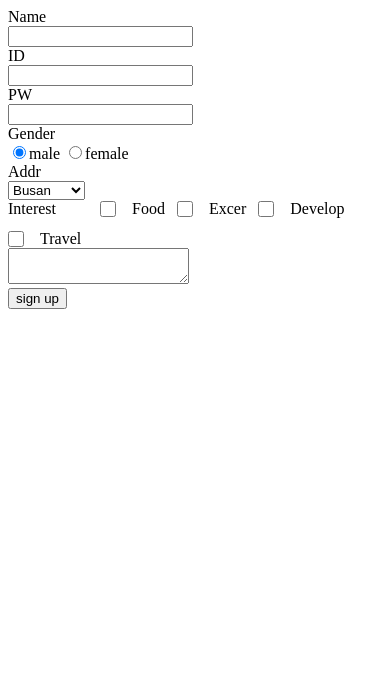
Repository: 9re9ori0426/Bootcamp
Page: webws/03_InputOutput/src/main/webapp/reg.html
The author's editor kept a copy of each file at every save. The page is drawn from the files as they stood at one save, then again after the next save.
The browser window is 375 px wide. The pictures show the whole page.

Above is the page before, as saved 2026-10-20 07:41:17.

After the next save:
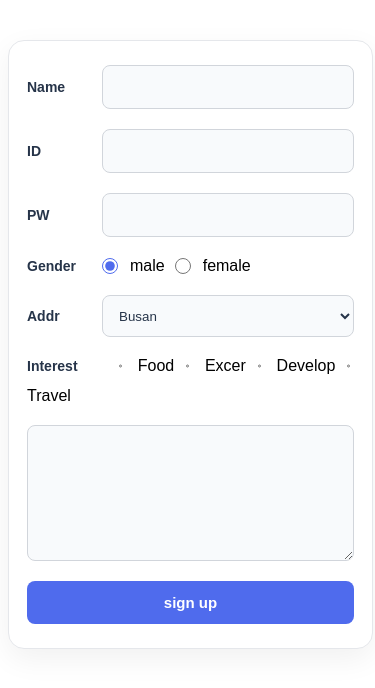
Saved 22 s later.
--- a/webws/03_InputOutput/src/main/webapp/reg.css
+++ b/webws/03_InputOutput/src/main/webapp/reg.css
@@ -1,3 +1,145 @@
+@charset "UTF-8";
+
+
+:root {
+  --primary: #4f6bed;
+  --primary-hover: #3d55d6;
+  --text: #263449;
+  --text-muted: #6b7280;
+  --border: #d1d5db;
+  --background: #f8fafc;
+  --surface: #ffffff;
+  --radius: 8px;
+  --focus-shadow: rgba(79, 107, 237, 0.15);
+}
+
+form {
+  width: 100%;
+  max-width: 480px;
+  margin: 40px auto;
+  padding: 32px;
+  background: var(--surface);
+  border: 1px solid #e5e7eb;
+  border-radius: 16px;
+  box-shadow: 0 10px 30px rgba(0, 0, 0, 0.06);
+  font-family: Arial, sans-serif;
+}
+
+.signup-row {
+  display: flex;
+  align-items: center;
+  flex-wrap: wrap;
+  gap: 12px;
+  margin-bottom: 20px;
+}
+
+.signup-row > div {
+  flex: 0 0 80px;
+  color: var(--text);
+  font-size: 14px;
+  font-weight: 600;
+}
+
+/* Text, ID, Password inputs */
+.signup-row > input:not([type="radio"]) {
+  flex: 1;
+  min-width: 0;
+  height: 42px;
+  padding: 0 12px;
+  color: var(--text);
+  background: var(--background);
+  border: 1px solid var(--border);
+  border-radius: var(--radius);
+  outline: none;
+  transition: border-color 0.2s, box-shadow 0.2s;
+}
+
+/* Select */
+.signup-row select {
+  flex: 1;
+  min-width: 0;
+  height: 42px;
+  padding: 0 12px;
+  color: var(--text);
+  background: var(--background);
+  border: 1px solid var(--border);
+  border-radius: var(--radius);
+  outline: none;
+  cursor: pointer;
+}
+
+/* Textarea row */
+.signup-row:has(textarea) {
+  align-items: stretch;
+}
+
+.signup-row textarea {
+  width: 100%;
+  min-height: 110px;
+  padding: 12px;
+  color: var(--text);
+  background: var(--background);
+  border: 1px solid var(--border);
+  border-radius: var(--radius);
+  font: inherit;
+  resize: vertical;
+  outline: none;
+}
+
+/* Focus effect */
+.signup-row input:focus,
+.signup-row select:focus,
+.signup-row textarea:focus {
+  border-color: var(--primary);
+  box-shadow: 0 0 0 3px var(--focus-shadow);
+}
+
+/* Radio buttons */
+.signup-row input[type="radio"] {
+  width: 16px;
+  height: 16px;
+  margin: 0 2px 0 0;
+  accent-color: var(--primary);
+  cursor: pointer;
+}
+
+/* Submit button */
+form > button {
+  width: 100%;
+  padding: 13px;
+  color: #fff;
+  background: var(--primary);
+  border: none;
+  border-radius: var(--radius);
+  font-size: 15px;
+  font-weight: 700;
+  cursor: pointer;
+  transition: background 0.2s, transform 0.2s;
+}
+
+form > button:hover {
+  background: var(--primary-hover);
+}
+
+form > button:active {
+  transform: scale(0.98);
+}
+
+/* Mobile */
+@media (max-width: 520px) {
+  form {
+    width: calc(100% - 32px);
+    padding: 24px 18px;
+  }
+
+  .signup-row {
+    gap: 10px;
+  }
+
+  .signup-row > div {
+    flex-basis: 65px;
+  }
+}
 /* Interest checkbox */
 .signup-row input[type="checkbox"] {
   width: 16px;
